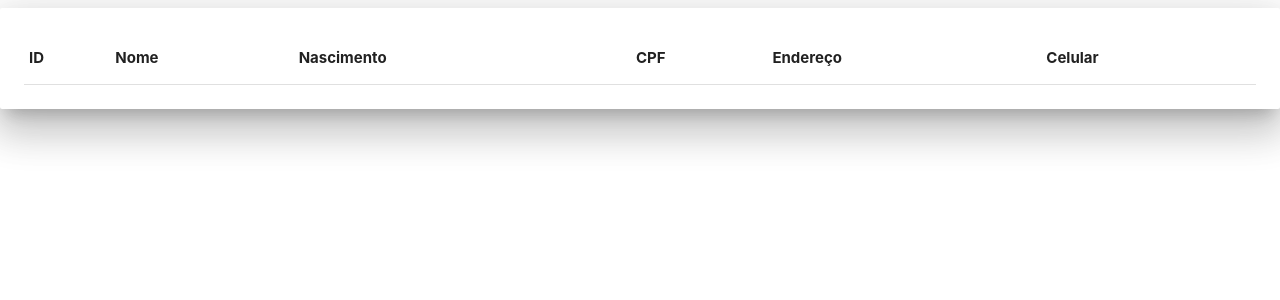
Repository: luizasilveira/TechWeb
Page: http://localhost/techWebP1/lista.jsp
These files come from the project's save history. The page is drawn as it stood at one moment and after the next save; the edit follows.
The browser window is 1280 px wide. The pictures show the whole page.
The page is served by Tomcat 9. Queries for data that is not in the repository find no rows.

Above is the page before, as saved 2019-09-08 21:09:18.

After the next save:
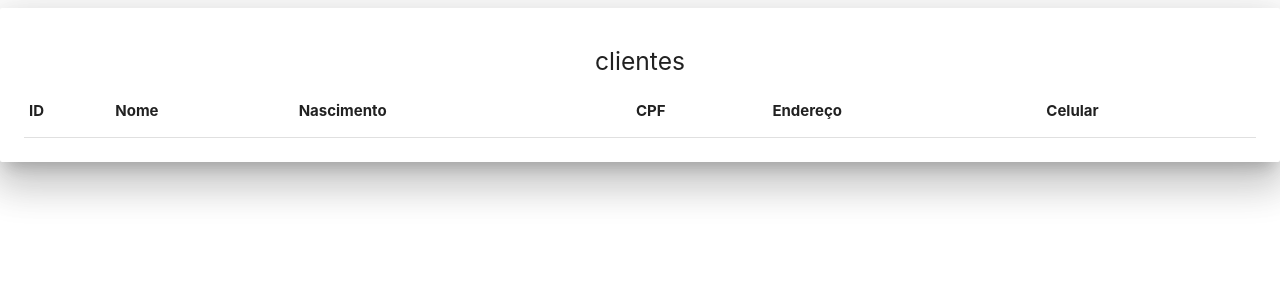
Saved 2 min 24 s later.
--- a/Projeto1/techWebP1/WebContent/lista.jsp
+++ b/Projeto1/techWebP1/WebContent/lista.jsp
@@ -20,8 +20,10 @@ body {
 </head>
 <body>
 <div class="card-panel z-depth-5">
+<h5 class="center">clientes</h5>
 	<%@ page import="java.util.*,techWebP1.*"%>
 	<table class ="highlight">
+
 
 	<thead>
 			<tr>
